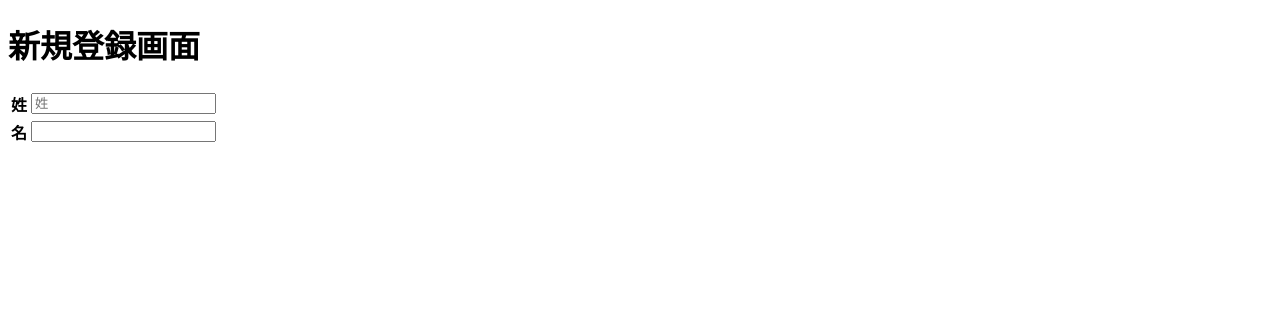
Repository: ryuhei0204/test
Page: http://localhost/Mytest/CreateAction
An editor plug-in stored every save of this project. The page is shown before and after the next save, followed by the edit.
The browser window is 1280 px wide. The pictures show the whole page.
The page is served by Tomcat 9. Other server files are loaded and not shown.

Above is the page before, as saved 2019-06-24 04:33:52.

### Mytest/WebContent/createUser.jsp
<%@ page language="java" contentType="text/html; charset=UTF-8"
    pageEncoding="UTF-8"%>
<!DOCTYPE html PUBLIC "-//W3C//DTD HTML 4.01 Transitional//EN" "http://www.w3.org/TR/html4/loose.dtd">
<html>
<head>
<meta http-equiv="Content-Type" content="text/html; charset=UTF-8">
<title>新規登録画面</title>
</head>
<body>
<h1>新規登録画面</h1>

<form action = "CreateConfirmAction" method = "post">
  <table>
     <tr>
        <th>姓</th>
        <td><input type = "text" name = "sei" placeholder = "姓" value = ""/></td>
     </tr>

     <tr>
        <th>名</th>
        <td><input type = "text" name = "mei" value = ""/></td>

  </table>
</form>
</body>
</html>

After the next save:
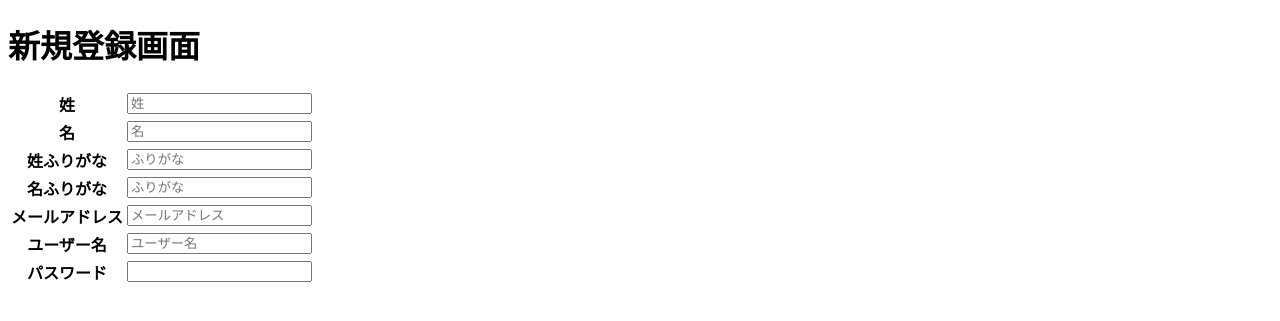
Saved 9 min 10 s later.
--- a/Mytest/WebContent/createUser.jsp
+++ b/Mytest/WebContent/createUser.jsp
@@ -18,8 +18,33 @@
 
      <tr>
         <th>名</th>
-        <td><input type = "text" name = "mei" value = ""/></td>
+        <td><input type = "text" name = "mei" placeholder = "名" value = ""/></td>
+     </tr>
 
+     <tr>
+        <th>姓ふりがな</th>
+        <td><input type = "text" name = "seikana" placeholder = "ふりがな" value = ""/></td>
+     </tr>
+
+     <tr>
+        <th>名ふりがな</th>
+        <td><input type = "text" name = "meikana" placeholder = "ふりがな" value = ""/></td>
+     </tr>
+
+     <tr>
+        <th>メールアドレス</th>
+        <td><input type = "text" name = "mail" placeholder = "メールアドレス" value = ""/></td>
+     </tr>
+
+     <tr>
+        <th>ユーザー名</th>
+        <td><input type = "text" name = "userId" placeholder = "ユーザー名" value = ""/></td>
+     </tr>
+
+     <tr>
+        <th>パスワード</th>
+        <td><input type = "password" name = "password" palceholder = "パスワード" value = ""/></td>
+     </tr>
   </table>
 </form>
 </body>
